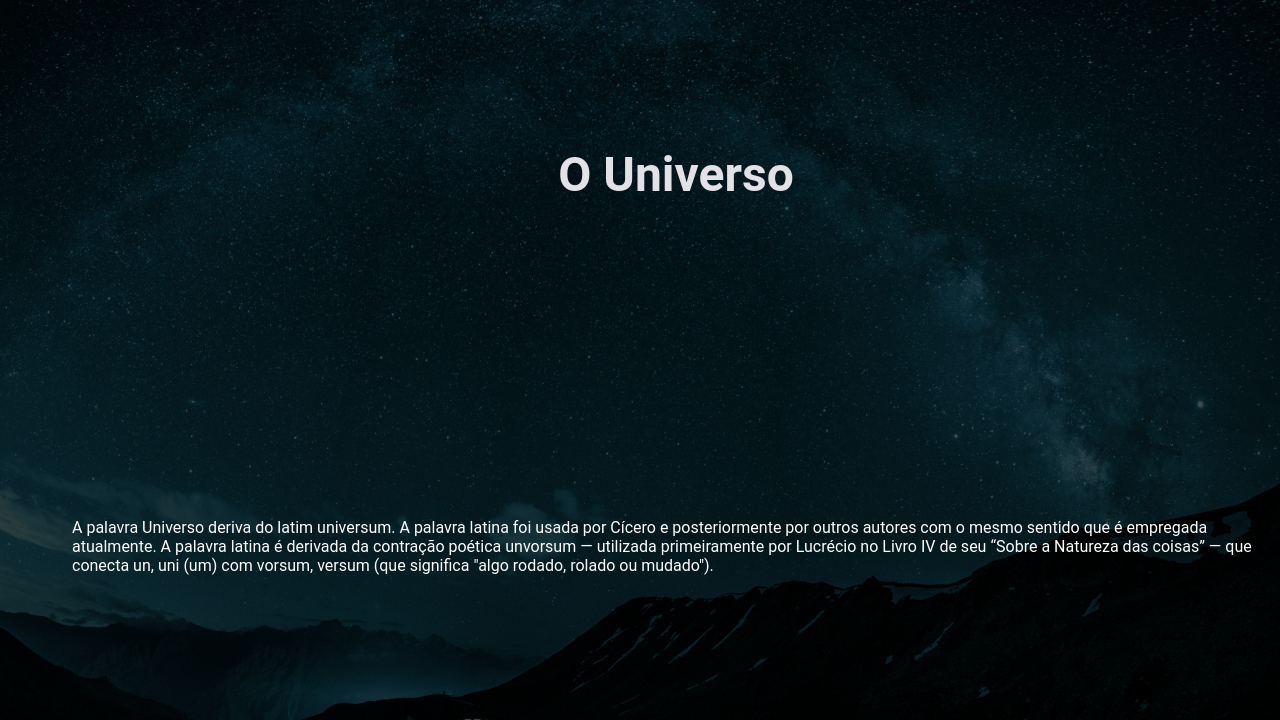
Repository: eltonneiferson/spaUniverse
Page: universe.html
The author's editor kept a copy of each file at every save. The page is drawn from the files as they stood at one save, then again after a run of saves.
The browser window is 1280 px wide. The pictures show the whole page.

Above is the page before, as saved 2022-10-26 22:55:26.

After the next 3 saves:
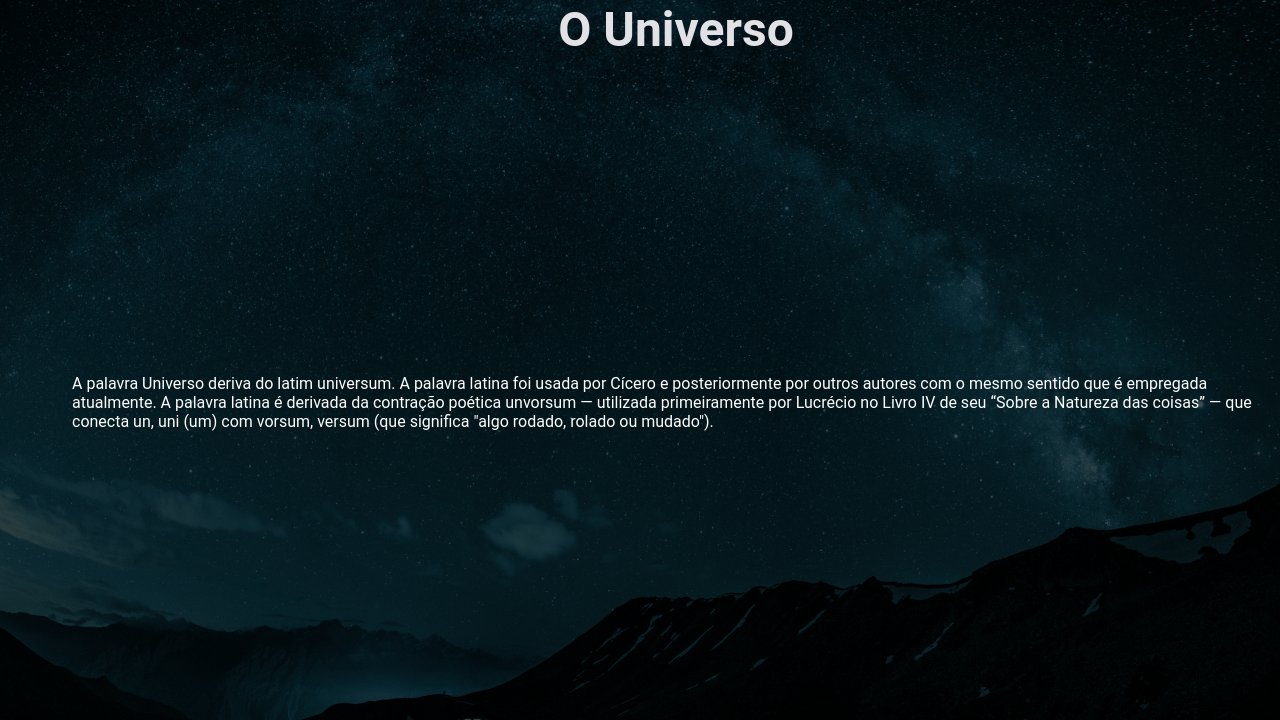
The 3 saves are shown as one change because they came seconds apart.
The last was saved 24 s later.
--- a/index.css
+++ b/index.css
@@ -56,7 +56,7 @@
     min-height: 100vh;
     padding-left: 72px;
     display: grid;
-    place-content: right;
+    align-items: flex-start;
 }
 
 main h1 {

After the 3 saves that followed:
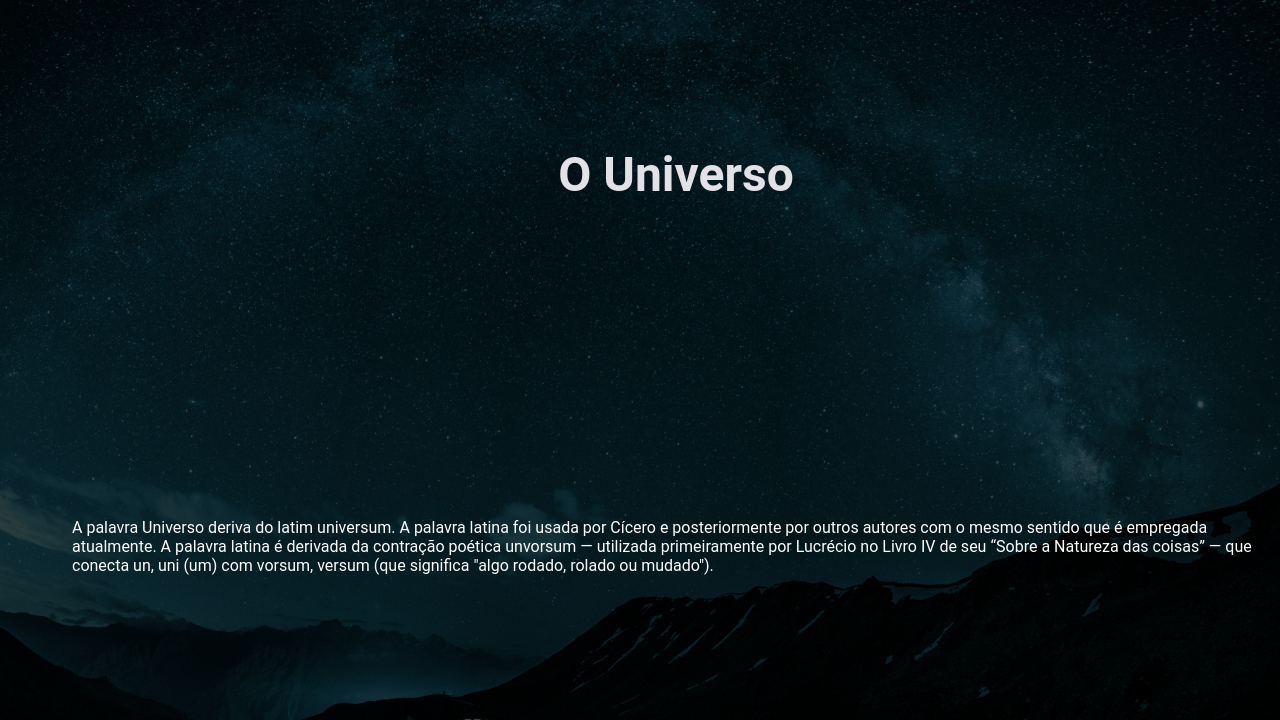
The 3 saves are shown as one change because they came seconds apart.
The last was saved 9 s later.
--- a/index.css
+++ b/index.css
@@ -56,7 +56,7 @@
     min-height: 100vh;
     padding-left: 72px;
     display: grid;
-    align-items: flex-start;
+    align-items: right;
 }
 
 main h1 {
